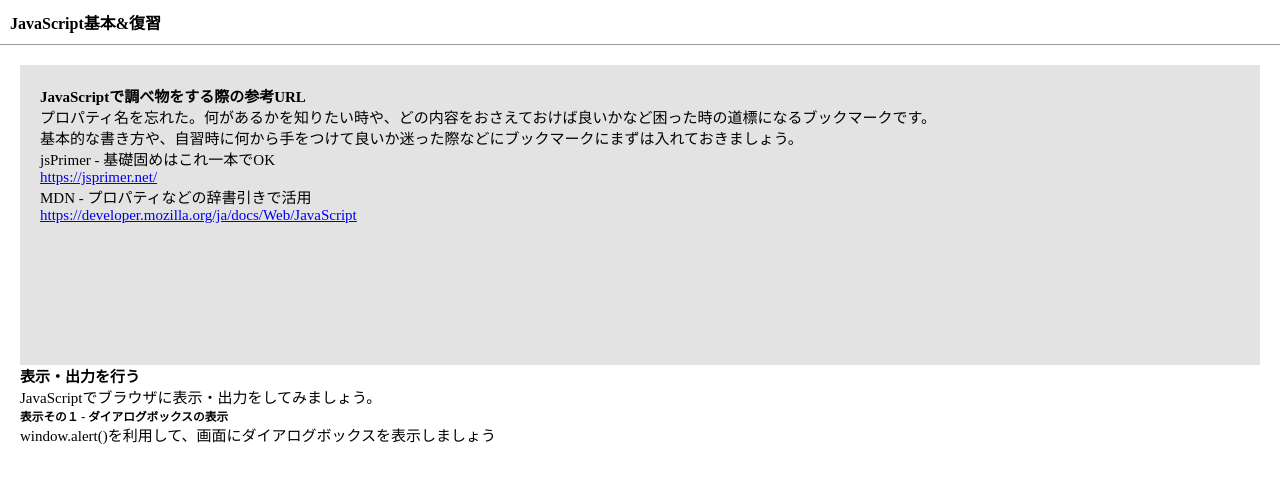
Repository: Yuto-Arakawa/study_js
Page: 01_basic/荒川/ara_basic01.html
These files come from the project's save history. The page is drawn as it stood at one moment and after the next save; the edit follows.
The browser window is 1280 px wide. The pictures show the whole page.

Above is the page before, as saved 2026-11-06 14:54:49.

After the next save:
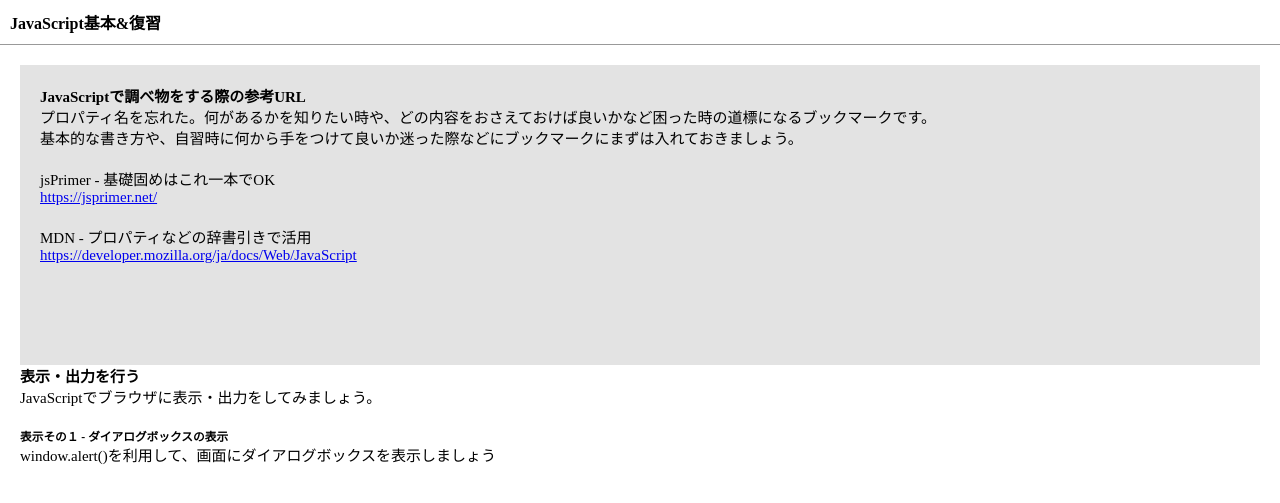
Saved 79 s later.
--- a/01_basic/荒川/css/basic01.css
+++ b/01_basic/荒川/css/basic01.css
@@ -12,6 +12,7 @@ main{
     padding: 20px;
     p{
         font-size: 15px;
+        margin-bottom: 20px;
     }
 }
 
